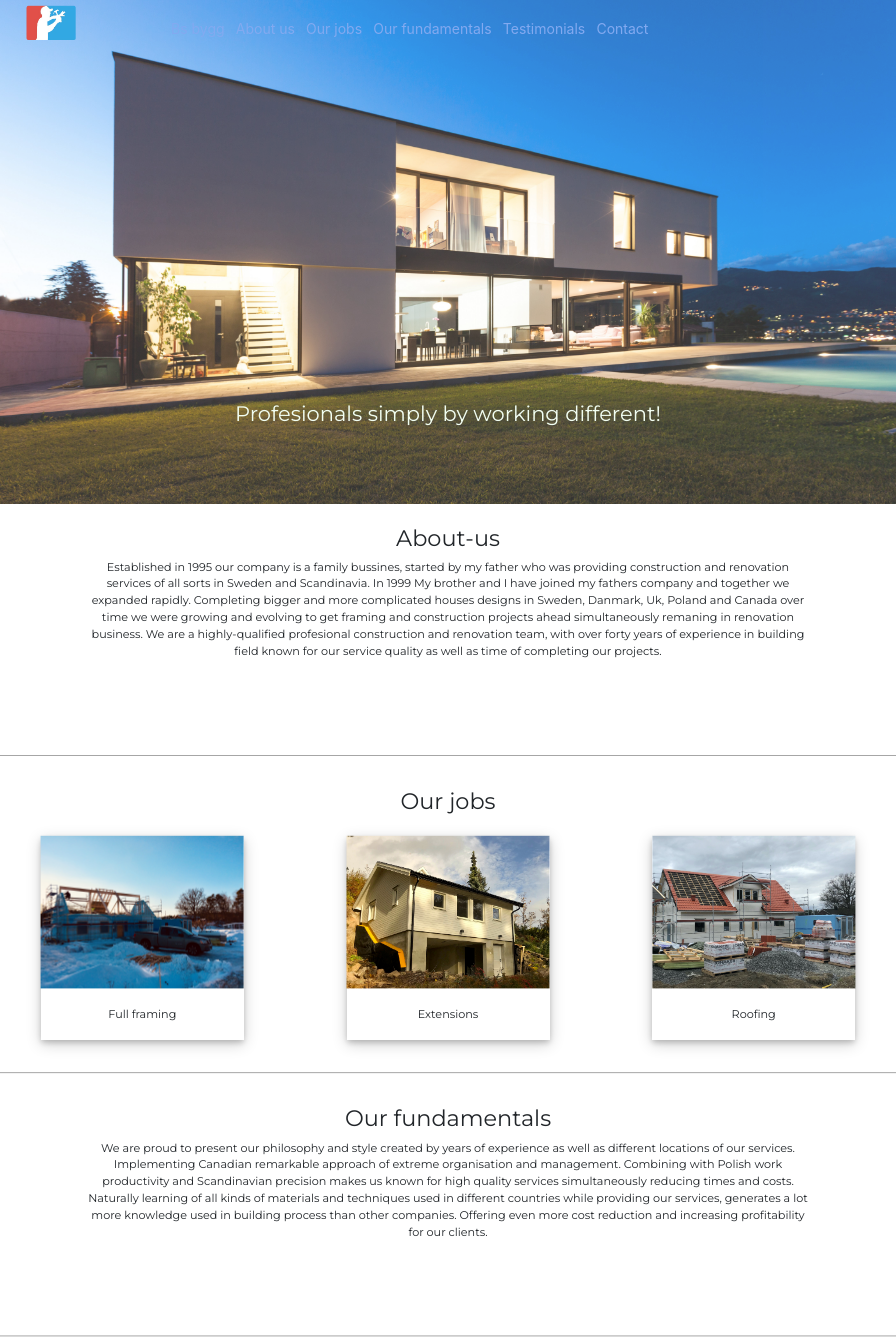
Repository: Bartie1982/milestone-project-1
Page: index.html
The author's editor kept a record of every edit. The page is drawn from the files as they stood at one moment, then again after the next edit.
The browser window is 1280 px wide. The pictures show the part of the page from y = 0 to 1920 px (the page is 2836 px tall), at 70% of full size.
Some web libraries are served in a nearby version.

Above is the page before.

### index.html
<!DOCTYPE html>
<html lang="en">

<head>
    <meta charset="UTF-8">
    <meta name="viewport" content="width=device-width, initial-scale=1.0">
    <meta http-equiv="X-UA-Compatible" content="ie=edge">
    <link rel="stylesheet" href="https://stackpath.bootstrapcdn.com/bootstrap/4.3.1/css/bootstrap.min.css" type="text/css" />
    <link rel="stylesheet" href="https://stackpath.bootstrapcdn.com/font-awesome/4.7.0/css/font-awesome.min.css" type="text/css" />
    <link rel="stylesheet" href="assets/css/style.css" type="text/css" />
    <title>BsBygg</title>
</head>

<body>
    <header>
        <div class="container-fluid h-50 d-inline-block">
            <div class="row">
                   <div class="mt-2  float-sm-left col-lg-2 col-md-3 col-sm-4 col-4">
                        <a href="index.html">
                        <img class="img logo" src="./assets/images/logo1.png" alt="Bs.bygg">
                        </a>
                    </div>
                    <div class="mt-2 col-lg-10 col-md-9 col-sm-8 col-8">
                            <nav class="mt-0 navbar navbar-expand-lg navbar-dark navbar-custom">
                            <a class="navbar-brand float-sm-left" href="index.html">Bs bygg</a>
                             <button class="navbar-toggler custom-toggler" type="button" data-toggle="collapse" data-target="#navbarNav" aria-controls="navbarNav" aria-expanded="false" aria-label="Toggle navigation">
                                    <span class="navbar-toggler-icon"></span>
                            </button>
                                <div class="navbar-brand collapse navbar-collapse" id="navbarNav">
                                    <ul class="navbar-nav">
                                        <li class="nav-item">
                                            <a class="navbar-brand" href="#about-us">About us</a>
                                        </li>
                                        <li class="nav-item">
                                            <a class="navbar-brand" href="#our-jobs">Our jobs</a>
                                        </li>
                                        <li class="nav-item">
                                            <a class="navbar-brand" href="#our-fundamentals">Our fundamentals</a>
                                        </li>
                                        <li class="nav-item">
                                            <a class="navbar-brand" href="#testimonials">Testimonials</a>
                                        </li>
                                        <li class="nav-item">
                                            <a class="navbar-brand" href="#contact">Contact</a>
                                        </li>
                                    </ul>
                                </div>

                        </nav>
                    </div>
        </div>
            </div>
            <div class="container-fluid h-50 d-inline-block">
                <div class="h-75 d-inline-block d-flex justify-content-center quote">
                        <p class="align-self-end ">Profesionals simply by working different!</p>
                </div>
            </div>
    </header>

    <section>
        <div class="d-flex justify-content-center" id="about-us">
            <div class="col-md-10 about-us">
                <h2>About-us</h2>

                <p class="text-space">Established in 1995 our company is a family bussines,
                started by my father who was providing construction and renovation services of all sorts in Sweden and Scandinavia.
                In 1999 My brother and I have joined my fathers company and together we expanded rapidly.
                Completing bigger and more complicated houses designs in Sweden, Danmark, Uk, Poland and Canada over time  we were growing and evolving to get framing and construction projects ahead simultaneously remaning in renovation business.
                We are a highly-qualified profesional construction and renovation team, with over forty years of experience in building field known for our service quality as well as time of completing our projects.
                </p>

            </div>
        </div>

        <div class="row">
            <div class="col-md-12 h-line4">
                <hr>
            </div>
        </div>

    </section>
    <section>
        <div class="row" id="our-jobs">
            <div class="col-md-12 Our-jobs">
                <h2>Our jobs</h2>
                    <div class="row d-flex justify-content-around">
                        <div class="col-sm-12 col-md-12 col-lg-4">
                            <div class="polaroid">
                        <img src="./assets/images/balsta-light.jpg" alt="Full framing" style="width:100%">
                             <div class="container p">
                             <p>Full framing</p>
                             </div>
                       </div>
                        </div>
                        <div class="col-sm-12 col-md-12 col-lg-4">
                            <div class="polaroid">
                        <img src="./assets/images/akersberga-ed.jpg" alt="Extensions" style="width:100%">
                             <div class="container p">
                             <p>Extensions</p>
                             </div>
                       </div>
                        </div>
                        <div class="col-sm-12 col-md-12 col-lg-4">
                            <div class="polaroid">
                        <img src="./assets/images/tak-arbetet-ed.jpg" alt="Roofing" style="width:100%">
                             <div class="container p">
                             <p>Roofing</p>
                         </div>
                        </div>
                    </div>
                </div>
            </div>
        </div>
    </section>
    <section>
        <div class="row">
            <div class="col-md-12 h-line3">
                <hr>
            </div>
        </div>
        <div class="d-flex justify-content-center" id="our-fundamentals">
            <div class="col-md-10 our-fundamentals">
                <h2>Our fundamentals</h2>

                <p class="text-space">We are proud to present our philosophy and style created by years of experience as well as different locations of our services.
                Implementing  Canadian remarkable approach of extreme organisation and management.
                Combining with Polish work productivity and Scandinavian precision makes us known for high quality services simultaneously reducing times and costs.
                Naturally learning of all kinds of materials and techniques used in different countries while providing our services, generates a lot more knowledge used in building process than other companies. Offering even more
                cost reduction and increasing profitability for our clients.
                </p>
            </div>
        </div>

        <div class="row">
            <div class="col-md-12 h-line4">
                <hr>
            </div>
        </div>
    </section>
    <section>
        <div class="row" id="testimonials">
            <div class="col-md-12 Testimonials">
                <h2>Testimonials</h2>
                    <div class="row people d-flex justify-content-around">
                        <div class="col-sm-12 col-md-4 person">
                            <img class="img-fluid" src="./assets/images/Face 6.jpg" alt="Peter">
                            <p class="text-space"><i>"It's verry professional company with services worth recomending to everyone."</i><br><b>PETER</b></p>
                        </div>
                        <div class="col-sm-12 col-md-4 person">
                            <img class="img-fluid" src="./assets/images/Face 4.jpg" alt="Henrik">
                            <p class="text-space"><i>"Very good prepared and colaborative, I could see right away I have been hired profesionals."</i><br><b>HENRIK</b></p>
                        </div>
                        <div class="col-sm-12 col-md-4 person">
                            <img class="img-fluid" src="./assets/images/Face 7.jpg" alt="Frida">
                            <p class="text-space">"<i>Work was well planed, well orginased and definetly quick and clean."</i><br><b>FRIDA</b></p>
                        </div>
                    </div>
            </div>
                <div class="row">
                    <div class="col-md-12 h-line4">
                        <hr>
                    </div>
                </div>
    </section>
    <footer class="container-fluid " id="contact">
        <div class="row">
                <div class="d-flex justify-content-center col-lg-6 col-md-6 col-sm-12">
                        <div class="general-sub">
                            <h4 class="general-sub d-flex justify-content-center">Contact</h4>
                            <div>
                            <p class=""><b>Email:</b> contact@bsbygg.com</p>
                            </div>
                            <div>
                            <p class=""><b>Mobile:</b> 0704645042 </p>
                            </div>
                            <div>
                            <p class=""><b>Adress:</b> Petersbergsv. 5 <br>185 34 Vaxholm</p>
                        </div>
                </div>
        </div>
            <div class="col-lg-6 col-md-6 col-sm-12 social">
                <h4 class="general-sub d-flex justify-content-center">Social</h4>
                <ul class="list-inline social-links d-flex justify-content-center">
                <li class="list-inline-item">
                    <a target="_blank" href="https://www.linkedin.com/">
                        <i class="fa fa-linkedin" aria-hidden="true"></i>
                        <span class="sr-only">Linkedin</span>
                    </a>
                </li>

                <li class="list-inline-item">
                    <a target="_blank" href="https://www.facebook.com/">
                        <i class="fa fa-facebook" aria-hidden="true"></i>
                        <span class="sr-only">Facebook</span>
                    </a>

                </li>
                <li class="list-inline-item">
                    <a target="_blank" href="https://www.pinterest.com/">
                        <i class="fa fa-pinterest" aria-hidden="true"></i>
                        <span class="sr-only">Pinterest</span>
                    </a>
                </li>
                <li class="list-inline-item">
                    <a target="_blank" href="https://www.instagram.com/">
                        <i class="fa fa-instagram" aria-hidden="true"></i>
                        <span class="sr-only">Instagram</span>
                    </a>
                </li>

                </ul>
            </div>
        </div>
        <div class="d-flex justify-content-center">
            <p class="">All rights reserved  Bartosz Szkaradzinski 2020</p>
        </div>
    </footer>
    <script src="https://code.jquery.com/jquery-3.2.1.slim.min.js" integrity="sha384-KJ3o2DKtIkvYIK3UENzmM7KCkRr/rE9/Qpg6aAZGJwFDMVNA/GpGFF93hXpG5KkN" crossorigin="anonymous"></script>
<script src="https://cdnjs.cloudflare.com/ajax/libs/popper.js/1.12.9/umd/popper.min.js" integrity="sha384-ApNbgh9B+Y1QKtv3Rn7W3mgPxhU9K/ScQsAP7hUibX39j7fakFPskvXusvfa0b4Q" crossorigin="anonymous"></script>
<script src="https://maxcdn.bootstrapcdn.com/bootstrap/4.0.0/js/bootstrap.min.js" integrity="sha384-JZR6Spejh4U02d8jOt6vLEHfe/JQGiRRSQQxSfFWpi1MquVdAyjUar5+76PVCmYl" crossorigin="anonymous"></script>
</body>

</html>

### assets/css/style.css
@import url('https://fonts.googleapis.com/css?family=Montserrat&display=swap:100,200,300,400,500,600,700|Exo:100,200,300,400,500,600,700');


/*----------------------------------------------Colours*/
.bg-color-name-title {
      color: #000234;
}



/*----------------------------------------------Heading*/

html, body {
    width: 100vw;
    overflow-x: hidden;
    overflow-y: auto;
}

header {
    height: 100vh;
    margin: 0;
    background: url("../images/Villa1.jpg");
    background-repeat: no-repeat;
    background-size: cover;
    opacity: .8;

}

.logo {
    background-repeat: no-repeat;
    background-size: 30px;
    min-height: 20px;
    height: 50px;
    margin-top: inherit;
    margin-left: 20px;
    margin-right: 2px;
    padding-left: 0px;
    padding-right:0px;

}


.navbar {
    margin-top: 25px;

}

.navbar-dark {
    font-size: 22px;
    font-weight: 400;
}

.custom-toggler.navbar-toggler {
    margin-right: 15px;
    border-color: #6495ED;
}

.navbar-custom .navbar-brand,
.navbar-custom .navbar-text {
    color: #6495ED;
}

.quote {
    color: #F0FFF0;
    font-family: "Exo", Montserrat;
    font-weight: 100;
    font-size: 30px;
    text-align: center;


}


/*----------------------------------------------About us*/

.about-us {

    font-family: "Exo", Montserrat;
    margin-top: 30px;
    text-align: center;
    min-height: 300px;

}

/*----------------------------------------------Our fundamentals*/



.our-fundamentals {
    font-family: "Exo", Montserrat;
    margin-top: 30px;
    text-align: center;
    min-height: 300px;
}




/*----------------------------------------------Our jobs*/

.polaroid {
  width: 290px;
  box-shadow: 0 4px 8px 0 rgba(0, 0, 0, 0.2), 0 6px 20px 0 rgba(0, 0, 0, 0.19);
  text-align: center;
  margin: 30px auto 30px auto;

}

.Our-jobs {
    font-family: "Exo", Montserrat;
    margin-top: 30px;
    text-align: center;
    min-height: 300px;

}


/*----------------------------------------------Testimonials*/

.container p {
  padding: 25px;
}
.people {
    margin-top:20px;
    margin-bottom: 40px;
}
.person {

    height: inherit;
    margin-bottom: 30px;
}
.person img {
    width: 50%;
    margin-left: auto;
    margin-right: auto;
}
.person p {
    padding-left: 30px;
    padding-right: 30px;
}


.name {
    font-family: "Exo", Montserrat;
    background-position: center;
    margin-top: 50px;
    font-weight: 100;
    min-height: 100px;
    font-size: 46px;
    color: #fff;

}

.Testimonials {
    font-family: "Exo", Montserrat;
    margin-top: 30px;
    text-align: center;
    min-height: 300px;

}

/*----------------------------------------------Spacers/lines/margins/paddings/text */

h1,
h2,
h3,
h4 {
       margin: 0;
}

hr {
    background-color: grey;
    height: 1px;
    border: 0; }

.h-line3 {
    margin-top: 0;

}

.h-line4 {
    margin-top: 1%;
}

.text-space {
    margin-top: 10px;
    margin-bottom: 10px;
}

.general-sub {
    margin-top: 20px;
    margin-bottom: 10px;
    color: #fafafa;
    font-family: "Exo", Montserrat;
    font-weight: 300;

}

.inline-block {
    display: inline-block;

}

/*----------------------------------------------Footer*/

footer {
    background-color: #525252;
    color: #fafafa;
    min-height: 240px;
}

.contact {
    margin-left: auto;
    margin-right: auto;

}

.quote-pdf i {
    font-size: 20px;
    color: #fafafa;
    text-align: center;
    padding-left: 8px;
    transition: all 0.45s ease-in;
    -moz-transition: all 0.45s ease-in;
    -webkit-transition: all 0.45s ease-in;
    -o-transition: all 0.45s ease-in;
}

.quote-pdf i:hover {
    color: #40A8AF;

}
.social {
     margin-top: 20px;

     margin-right: auto;
     margin-left: auto;
}

.social-links li a i {
    width: 30px;
    height:30px;
    padding: 15px;
    border-radius: 15%;
    font-size: 15px;
    line-height: 10px;
    text-align: center;
    color: #fafafa;
    background: #8f8f8f;
    transition: all 0.35s ease-in;
    -moz-transition: all 0.35s ease-in;
    -webkit-transition: all 0.35s ease-in;
    -o-transition: all 0.35s ease-in;
}

.social-links li a i:hover {
    background: #40A8AF;
}

.email-form {
     margin-right: auto;
     margin-left: auto;
}

After the next edit:
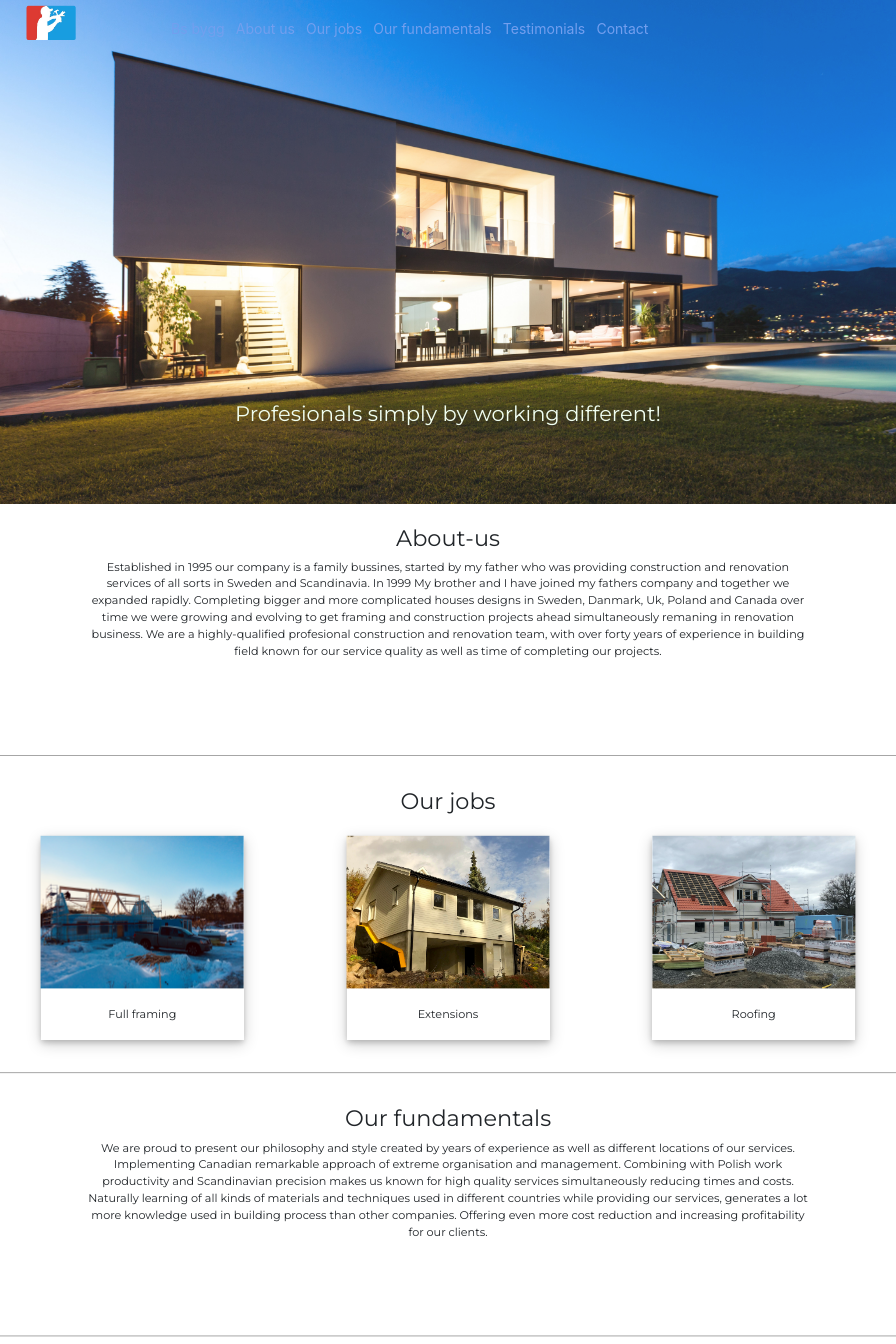
The edit:
--- a/assets/css/style.css
+++ b/assets/css/style.css
@@ -22,7 +22,8 @@
     background: url("../images/Villa1.jpg");
     background-repeat: no-repeat;
     background-size: cover;
-    opacity: .8;
+    opacity: .9;
+
 
 }
 
